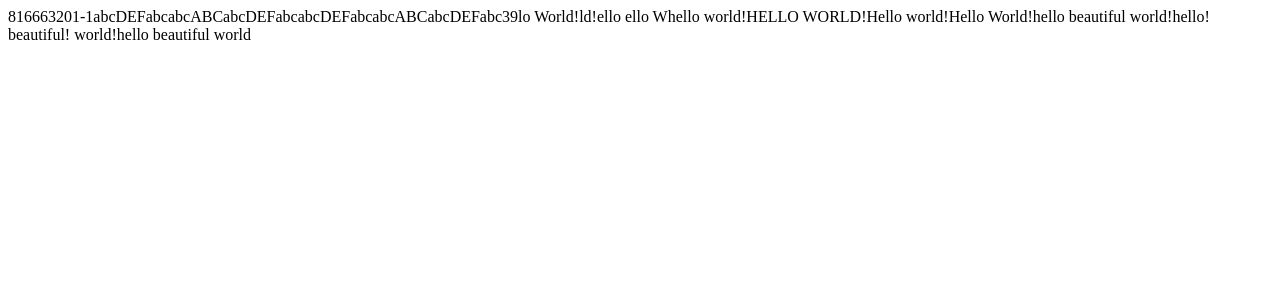
Repository: dudals3844/php_study
Page: http://localhost/hello.php
The author's editor kept a record of every edit. The page is drawn from the files as they stood at one moment, then again after the next edit.
The browser window is 1280 px wide. The pictures show the whole page.
The page is run by PHP 8.4 with error messages shown; the project is at /var/www/html/.

Above is the page before.

### hello.php
<?php
    //http://tcpschool.com/php/php_function_basic 공부하는 사이트
    //String function
    $str = "12345678";
    echo strlen($str);

    $str1 = "한글 문자열";
    echo strlen($str1);
    echo mb_strlen($str1);
    echo mb_strlen($str1, "UTF-8");

    //Compare string
    echo strcmp("abc","ABC");
    echo strcasecmp("abc","ABC");
    echo strcmp("2","10");
    echo strnatcmp("2","10");

    //search string
    echo strstr("ABCabcDEFabc","abc");
    echo strrchr("ABCabcDEFabc","abc");
    echo stristr("ABCabcDEFabc","abc");

    //location string
    echo strstr("ABCabcDEFabc","abc");
    echo strrchr("ABCabcDEFabc","abc");
    echo stristr("ABCabcDEFabc","abc");

    //location string return index number
    echo strpos("ABCabcDEFabc","abc");//abc나오는 첫번째 인덱스 숫자
    echo strrpos("ABCabcDEFabc","abc");//abc나오는 마지막 인덱스 숫자

    //string extraction
    $str2 = "Hello World!";
    echo substr($str2,3);
    echo substr($str2,-3);
    echo substr($str2,1,5);
    echo substr($str2,1,-5);

    //Replacing string case
    echo strtolower("Hello World!");
    echo strtoupper("hello world!");
    echo ucfirst("hello world!");
    echo ucwords("hello world!");

    //Combine and break strings
    $str3 = "hello, beautiful, world!";
    $array = explode(',',$str3);
    echo $array[0];
    echo $array[1];
    echo $array[2];

    $str4 = implode('!',$array);
    echo $str4;

    $token = strtok($str4, '!');
    echo $token;
    while($token != ""){
        $token = strtok('!');
        echo $token;
    }


?>

After the next edit:
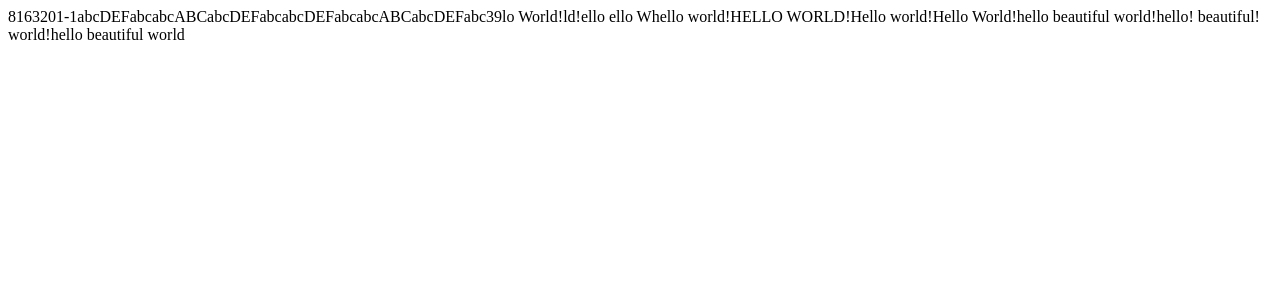
The edit:
--- a/hello.php
+++ b/hello.php
@@ -6,8 +6,8 @@
 
     $str1 = "한글 문자열";
     echo strlen($str1);
-    echo mb_strlen($str1);
-    echo mb_strlen($str1, "UTF-8");
+    //echo mb_strlen($str1);
+    //echo mb_strlen($str1, "UTF-8");
 
     //Compare string
     echo strcmp("abc","ABC");
